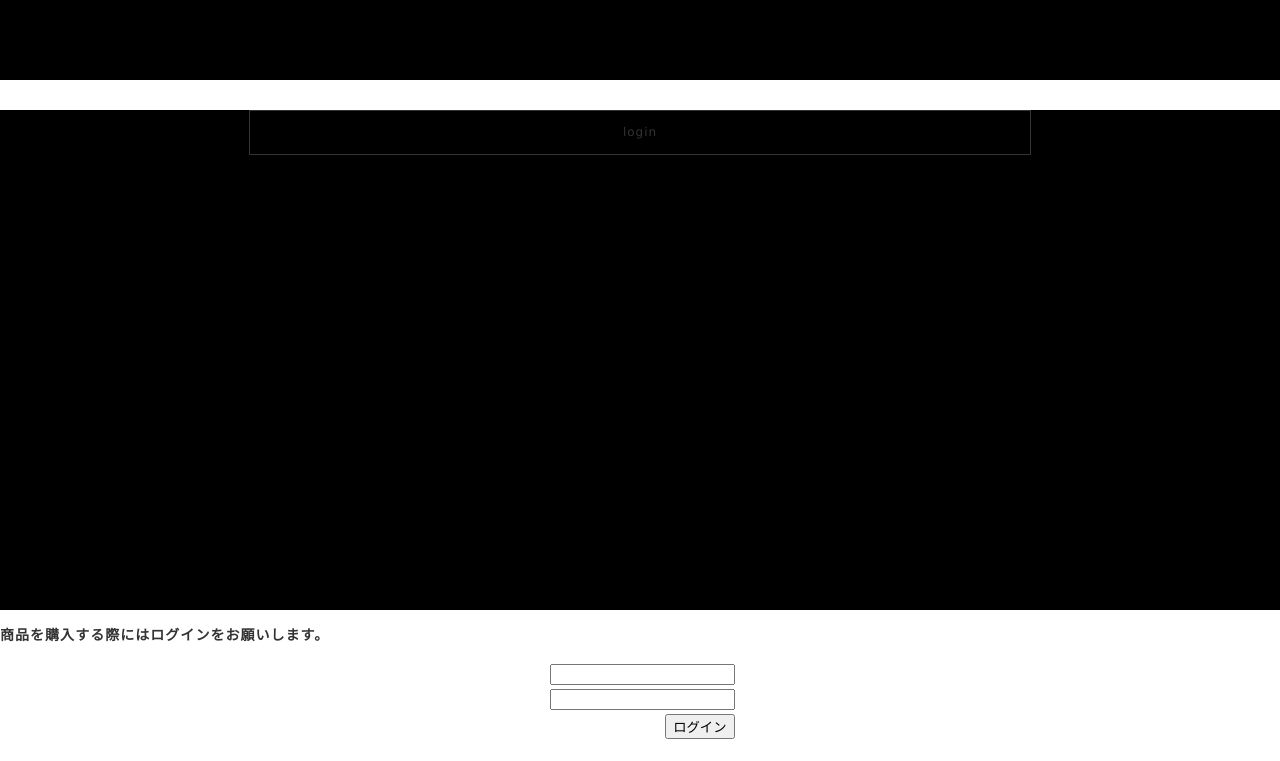
Repository: cha-git/test
Page: http://localhost/template/login.jsp
An editor plug-in stored every save of this project. The page is shown before and after the next save, followed by the edit.
The browser window is 1280 px wide. The pictures show the whole page.
The page is served by Tomcat 9.

Above is the page before, as saved 2018-12-20 09:01:58.

After the next save:
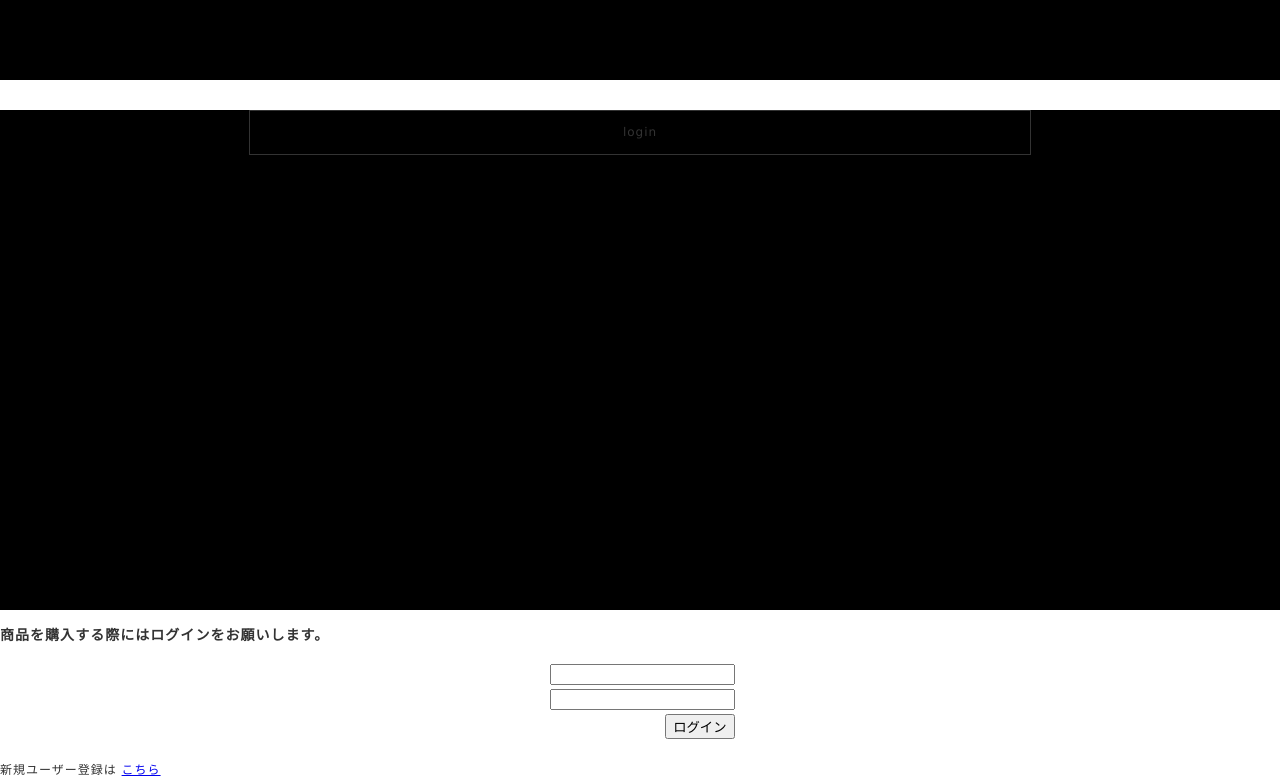
Saved 95 s later.
--- a/template/WebContent/login.jsp
+++ b/template/WebContent/login.jsp
@@ -80,5 +80,8 @@
 		</s:form>
 		<br/>
 	</div>
+		<span>新規ユーザー登録は
+			<a href='<s:url action="UserCreateAction" />'>こちら</a>
+		</span>
 </body>
 </html>
